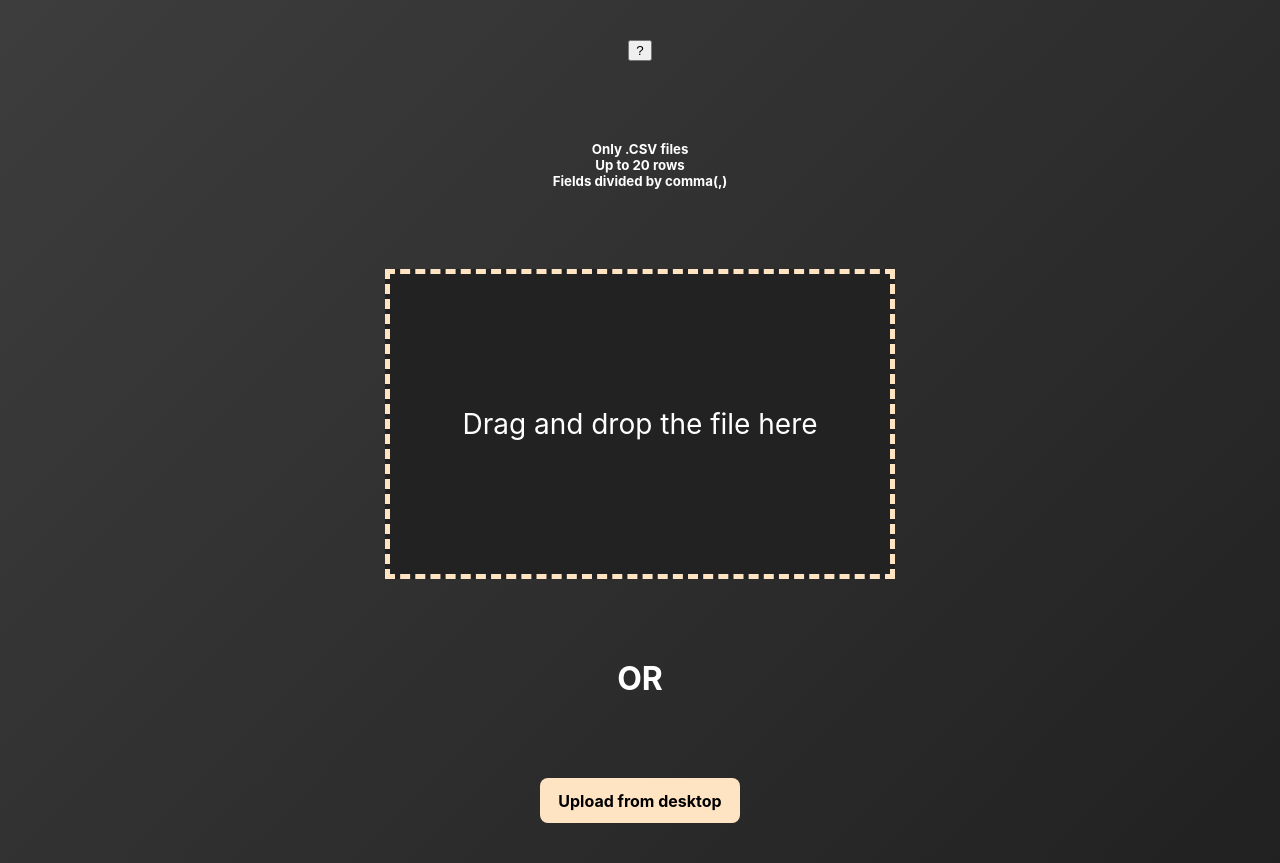
Repository: RXBVK/rt-map
Page: /
An editor plug-in stored every save of this project. The page is shown before and after the next save, followed by the edit.
The browser window is 1280 px wide. The pictures show the whole page.
The project was rebuilt for these pictures with package versions that can differ from the ones it lists, and the page was loaded fresh each time. Also part of the build but not shown: src/components/ColumnsPicker/styles/columns-picker.css, src/components/ColumnsPicker/ColumnsPicker.js, src/components/Map/Map.js.

Above is the page before, as saved 2021-07-21 21:46:13.

After the next save:
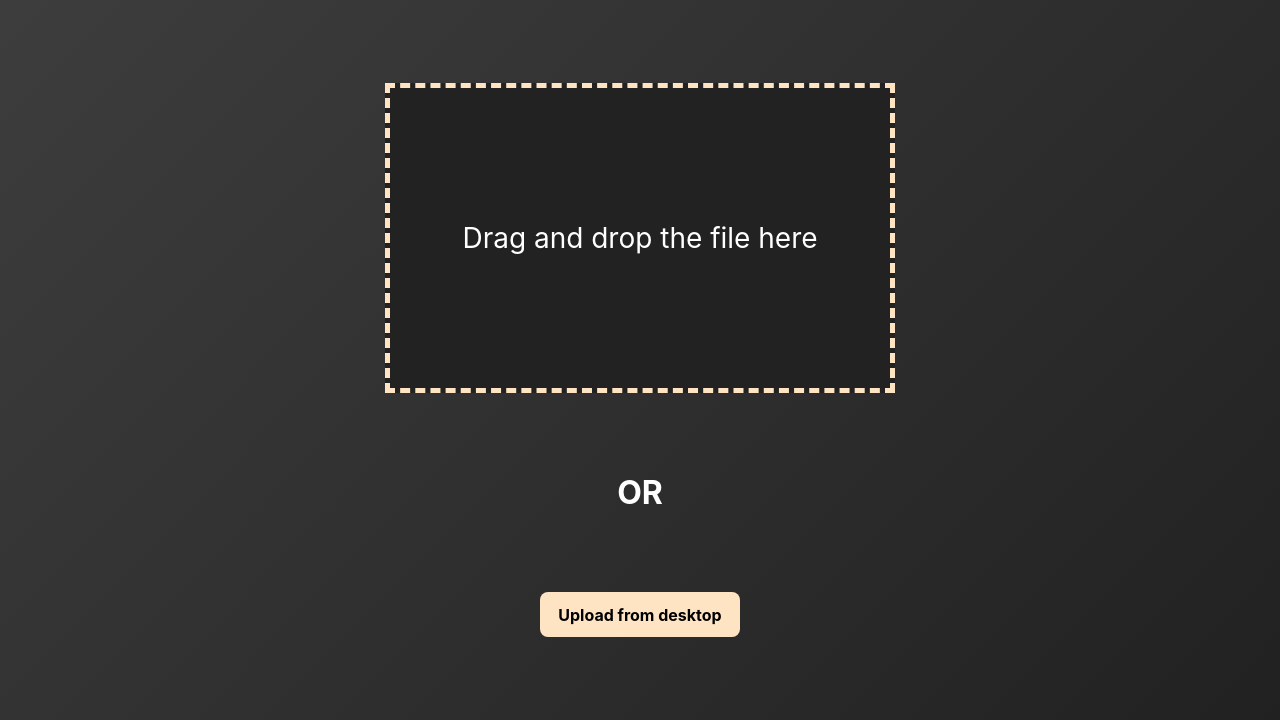
Saved 17 s later.
--- a/src/components/CsvUploader/CsvUploader.js
+++ b/src/components/CsvUploader/CsvUploader.js
@@ -24,14 +24,6 @@ export default function CsvUploader(props) {
 
   return (
     <div className="csv-uploader__container">
-      <button className="csv-uploader__help">?</button>
-      <h5 styles={{ marginTop: "10px" }}>
-        Only .CSV files
-        <br />
-        Up to 20 rows
-        <br />
-        Fields divided by comma(,)
-      </h5>
       <div className="csv-uploader__dropzone" onDrop={(e) => handleDropZone(e)}>
         <p>Drag and drop the file here</p>
       </div>
